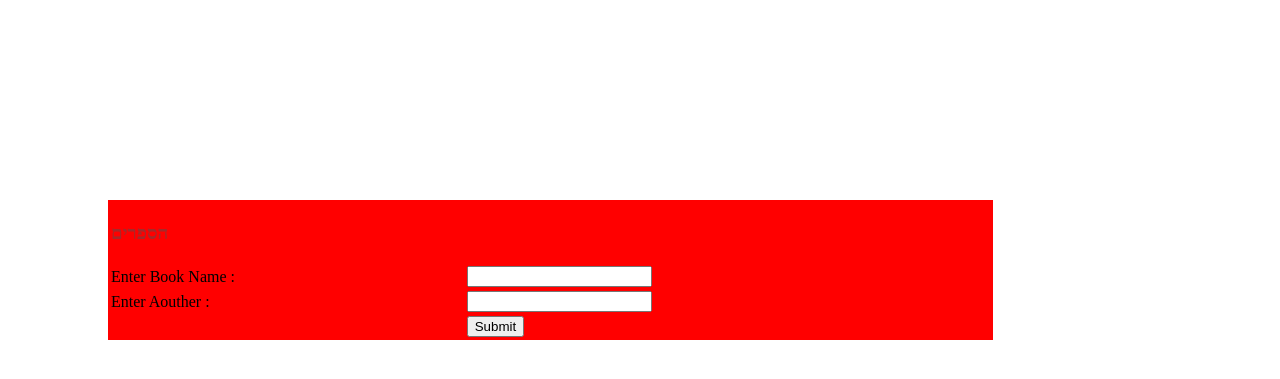
Repository: shulamitProjects/Java
Page: http://localhost/ProjectLibary/AddBook.jsp
The author's editor kept a copy of each file at every save. The page is drawn from the files as they stood at one save, then again after the next save.
The browser window is 1280 px wide. The pictures show the whole page.
The page is served by Tomcat 10.

Above is the page before, as saved 2024-01-29 11:25:59.

After the next save:
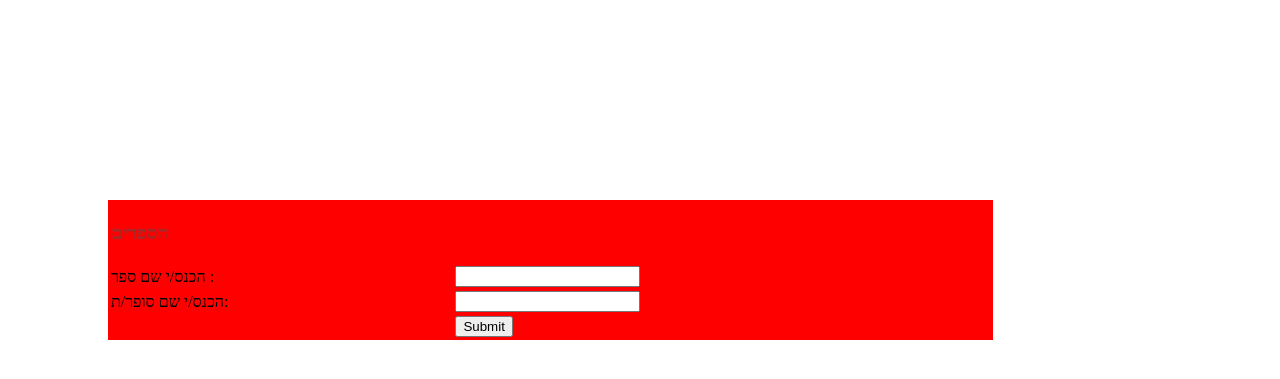
Saved 51 s later.
--- a/project/project_25-01/ProjectLibary/src/main/webapp/AddBook.jsp
+++ b/project/project_25-01/ProjectLibary/src/main/webapp/AddBook.jsp
@@ -18,11 +18,11 @@
 				</td>
 			</tr>
 			<tr>
-				<td>Enter Book Name :</td>
+				<td>הכנס/י שם ספר :</td>
 				<td><input type="text" name="name"></td>
 			</tr>
 			<tr>
-				<td>Enter Aouther :</td>
+				<td>הכנס/י שם סופר/ת:</td>
 				<td><input type="text" name="aouther"></td>
 			</tr>
 			<tr>
